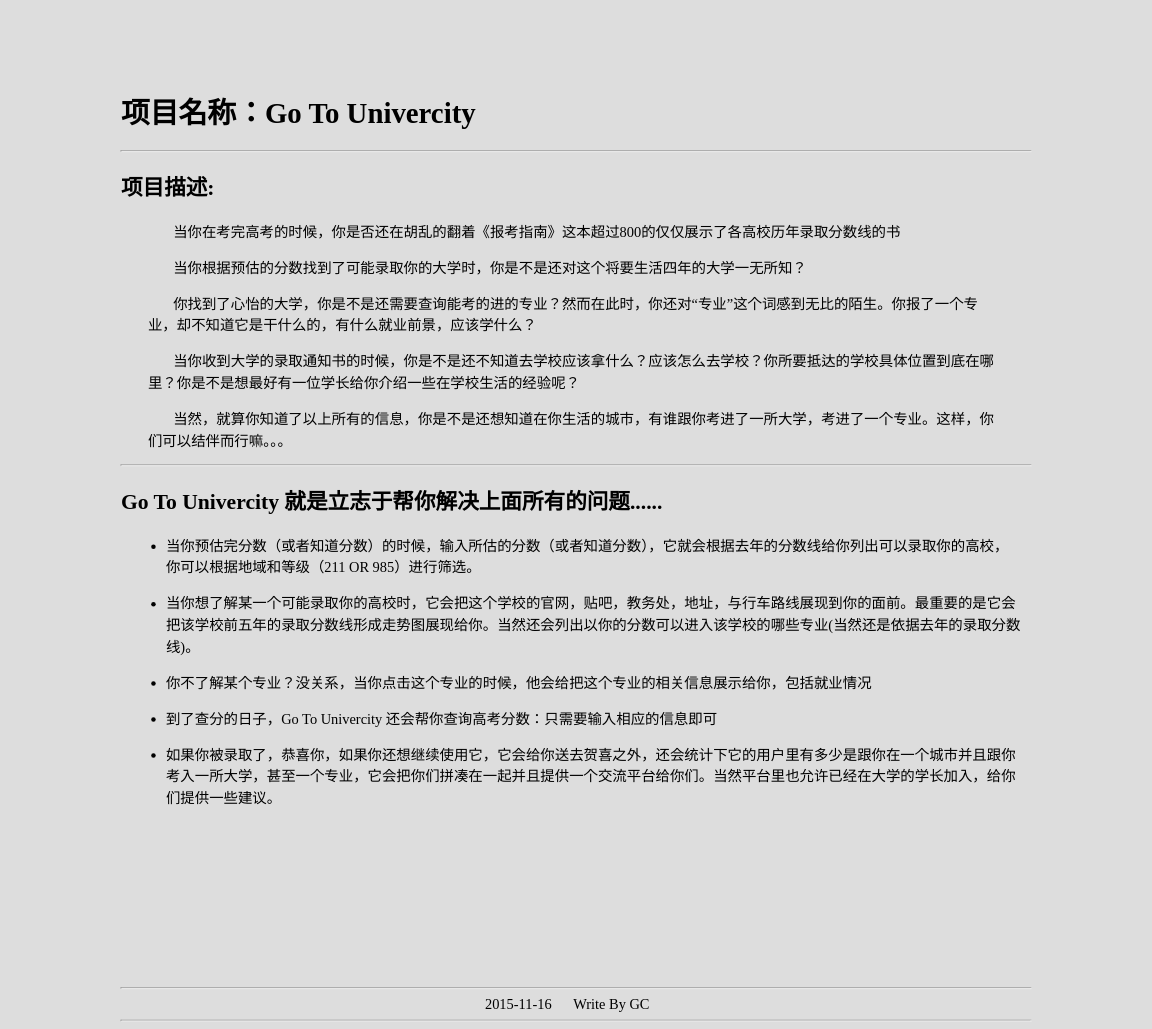
Repository: SUT-GC/GoToUnivercity
Page: http://localhost/GoToUniversity/ideasource/idea.jsp
These files come from the project's save history. The page is drawn as it stood at one moment and after the next save; the edit follows.
The browser window is 1280 px wide. The pictures show the whole page, at 90% of full size.
The page is served by Tomcat 9. Nobody is signed in. The application's start-up code is not run.

Above is the page before, as saved 2015-11-16 11:31:56.

### GoToUniversity/WebContent/ideasource/idea.jsp
<%@ page language="java" contentType="text/html; charset=UTF-8"
    pageEncoding="UTF-8"%>
<!DOCTYPE html PUBLIC "-//W3C//DTD HTML 4.01 Transitional//EN" "http://www.w3.org/TR/html4/loose.dtd">
<html>
<head>
<meta http-equiv="Content-Type" content="text/html; charset=UTF-8">
<title>Idea Source</title>
<link href="css/idea.css" rel="stylesheet" type="text/css"/>
</head>
<body>
	<div class="content">
		<div class="content_head">
			<h1>项目名称：Go To Univercity</h1>
		</div>
		<hr/>
		<div class="content_body">
			<div class="content_body_description">
				<h2>项目描述:</h2>
					<p>&nbsp&nbsp&nbsp&nbsp&nbsp&nbsp  当你在考完高考的时候，你是否还在胡乱的翻着《报考指南》这本超过800的仅仅展示了各高校历年录取分数线的书</p>
					<p>&nbsp&nbsp&nbsp&nbsp&nbsp&nbsp  当你根据预估的分数找到了可能录取你的大学时，你是不是还对这个将要生活四年的大学一无所知？</p>
					<p>&nbsp&nbsp&nbsp&nbsp&nbsp&nbsp  你找到了心怡的大学，你是不是还需要查询能考的进的专业？然而在此时，你还对“专业”这个词感到无比的陌生。你报了一个专业，却不知道它是干什么的，有什么就业前景，应该学什么？</p>
					<p>&nbsp&nbsp&nbsp&nbsp&nbsp&nbsp  当你收到大学的录取通知书的时候，你是不是还不知道去学校应该拿什么？应该怎么去学校？你所要抵达的学校具体位置到底在哪里？你是不是想最好有一位学长给你介绍一些在学校生活的经验呢？</p>
					<p>&nbsp&nbsp&nbsp&nbsp&nbsp&nbsp  当然，就算你知道了以上所有的信息，你是不是还想知道在你生活的城市，有谁跟你考进了一所大学，考进了一个专业。这样，你们可以结伴而行嘛。。。</p>
			</div>
			<hr/>
			<div class="content_body_content">
				<h2>Go To Univercity 就是立志于帮你解决上面所有的问题......</h2>
				<div class="content_body_content_ui">
					<ul>
						<li><p>当你预估完分数（或者知道分数）的时候，输入所估的分数（或者知道分数），它就会根据去年的分数线给你列出可以录取你的高校，你可以根据地域和等级（211 OR 985）进行筛选。</p></li>
						<li><p>当你想了解某一个可能录取你的高校时，它会把这个学校的官网，贴吧，教务处，地址，与行车路线展现到你的面前。最重要的是它会把该学校前五年的录取分数线形成走势图展现给你。当然还会列出以你的分数可以进入该学校的哪些专业(当然还是依据去年的录取分数线)。</p></li>
						<li><p>你不了解某个专业？没关系，当你点击这个专业的时候，他会给把这个专业的相关信息展示给你，包括就业情况</p></li>
						<li><p>到了查分的日子，Go To Univercity 还会帮你查询高考分数：只需要输入相应的信息即可</p></li>
						<li><p>如果你被录取了，恭喜你，如果你还想继续使用它，它会给你送去贺喜之外，还会统计下它的用户里有多少是跟你在一个城市并且跟你考入一所大学，甚至一个专业，它会把你们拼凑在一起并且提供一个交流平台给你们。当然平台里也允许已经在大学的学长加入，给你们提供一些建议。</p></li>
					</ul>
				</div>
			</div>
			<div class="content_tail">

			</div>
		</div>
		<hr/>
		<div class="tail">
			<span class="tail_date">2015-11-16</span>          <span class="tail_writer">Write By GC</span>
		</div>
		<hr/>
	</div>
	</body>
</html>

### GoToUniversity/WebContent/ideasource/css/idea.css
@CHARSET "UTF-8";
body{
	background-color: #DDDDDD;
}
.content{
	width: 80%;
	margin-left: 10%;
	margin-top: 100px;
}
.content_head{

}
.content_body_description > p{
	margin-left: 30px;
	margin-right: 30px;
}
.content_body_content_ui{
	margin-left: 10px;
	margin-right: 10px;
}
.content_tail{
	margin-bottom: 200px;
}
.tail_date{
	margin-left: 40%;
}
.tail_writer{
	margin-left: 20px;
}

After the next save:
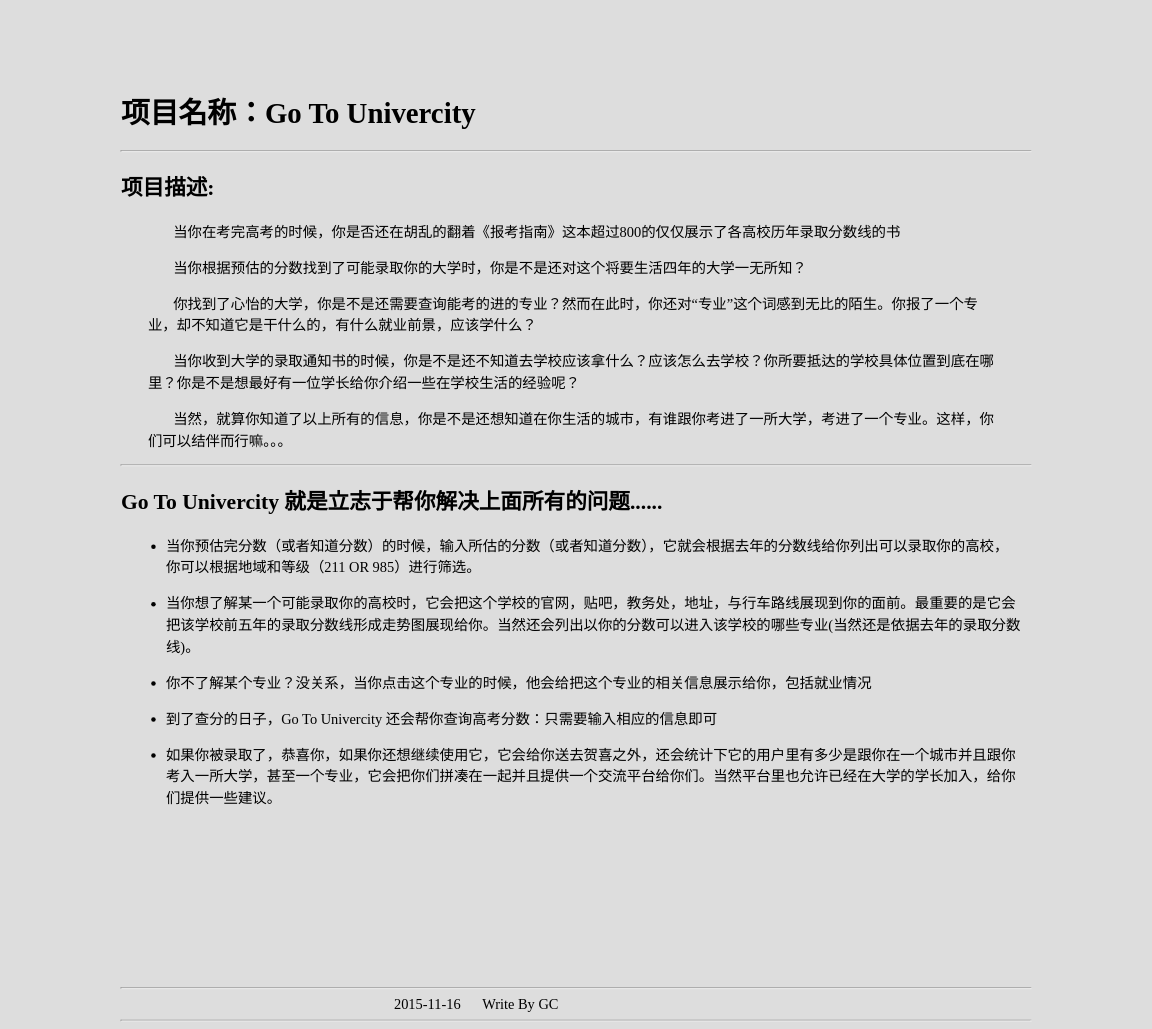
Saved 16 s later.
--- a/GoToUniversity/WebContent/ideasource/css/idea.css
+++ b/GoToUniversity/WebContent/ideasource/css/idea.css
@@ -22,7 +22,7 @@ body{
 	margin-bottom: 200px;
 }
 .tail_date{
-	margin-left: 40%;
+	margin-left: 30%;
 }
 .tail_writer{
 	margin-left: 20px;
